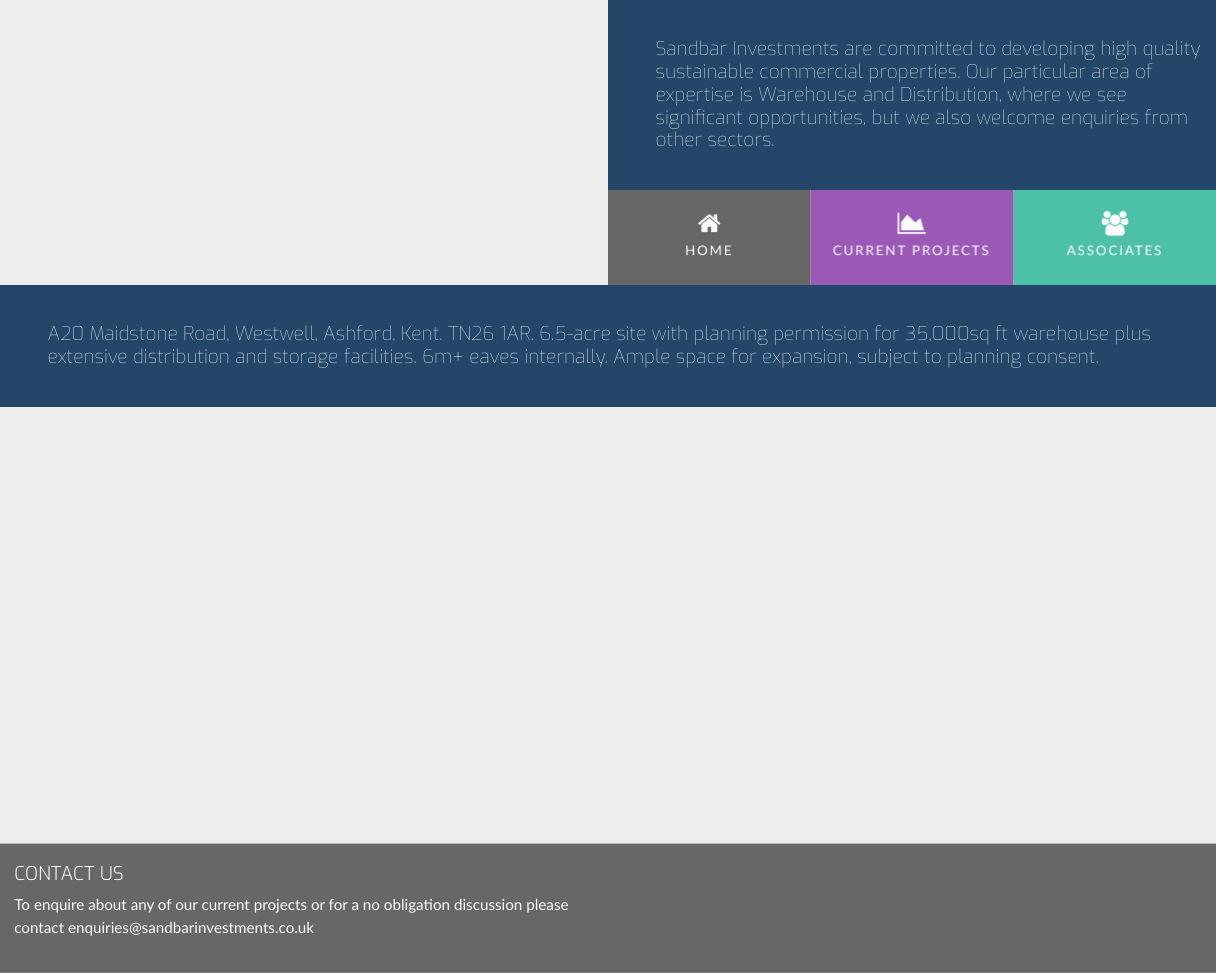
Repository: sykez12/Sandbar
Page: currentprojects.html
The author's editor kept a record of every edit. The page is drawn from the files as they stood at one moment, then again after the next edit.
The browser window is 1280 px wide. The pictures show the whole page, at 95% of full size.

Above is the page before.

### currentprojects.html
<!DOCTYPE html>
<html lang="en">
<head>
    <meta charset="UTF-8">
    <meta name="viewport" content="width=device-width, initial-scale=1.0">
    <meta http-equiv="X-UA-Compatible" content="ie=edge">
    <link rel="stylesheet" href="https://stackpath.bootstrapcdn.com/bootstrap/4.5.2/css/bootstrap.min.css" type="text/css" />
    <link rel="stylesheet" href="https://stackpath.bootstrapcdn.com/font-awesome/4.7.0/css/font-awesome.min.css" type="text/css" />
    <link rel="stylesheet" href="path/to/font-awesome/css/font-awesome.min.css">
    <link rel="stylesheet" href="https://cdnjs.cloudflare.com/ajax/libs/hover.css/2.3.1/css/hover-min.css" integrity="sha512-csw0Ma4oXCAgd/d4nTcpoEoz4nYvvnk21a8VA2h2dzhPAvjbUIK6V3si7/g/HehwdunqqW18RwCJKpD7rL67Xg==" crossorigin="anonymous" />
    <link rel="stylesheet" href="assets/css/style.css" type="text/css" />
    <title>Sandbar Investments</title>
</head>
<body>
    <header>
        <div class="row no-gutters">
            <a href="index.html" class="col-md-6 logo">

            </a>
            <div class="col-md-6">
                <div class="row no-gutters bg-colour-name">
                    <div class="col heading">
                        <h1 class="name">Sandbar Investments are committed to developing high quality sustainable commercial properties. Our particular area of expertise is Warehouse and Distribution, where we see significant opportunities, but we also welcome enquiries from other sectors.

                        </h1>
                    </div>
                </div>
                <div class="row no-gutters">
                    <div class="col">
                        <ul id="nav" class="list-inline menucontainer">
                            <li class="col-6 col-sm-4 ui-menu-color-home list-inline-item menuitem">
                                <a href="index.html" class="hvr-sweep-to-bottom"><i class="fa fa-home" aria-hidden="true"></i><span>Home</span></a>
                            </li>
                            <li class="col-6 col-sm-4 ui-menu-color-current-projects list-inline-item menuitem">
                                <a href="currentprojects.html" class="hvr-sweep-to-bottom"><i class="fa fa-area-chart" aria-hidden="true"></i><span>Current Projects</span></a>
                            </li>
                            <li class="col-6 col-sm-4 ui-menu-color-associates list-inline-item menuitem">
                                <a href="associates.html" class="hvr-sweep-to-bottom"><i class="fa fa-users" aria-hidden="true"></i><span>Associates</span></a>
                            </li>
                        </ul>
                    </div>
                </div>

            </div>
        </div>
    </header>
    <section>
        <div class="row no-gutters">
            <div class="col-md-12">
                <div class="row no-gutters bg-colour-name">
                    <div class="col heading">
                        <h1 class="name">A20 Maidstone Road, Westwell, Ashford, Kent. TN26 1AR.

                                        6.5-acre site with planning permission for 35,000sq ft warehouse plus extensive distribution and storage facilities. 6m+ eaves internally.

                                        Ample space for expansion, subject to planning consent.


                        </h1>
                    </div>
                </div>

            </div>
        </div>
        <div class="row no-gutters">
            <div class="col-md-6 sandbar-site-one">

            </div>
            <div class="col-md-6 sandbar-site-two">

            </div>

        </div>

    </section>
    <footer class="container-fluid">
        <div class="row">
            <div class="col-sm-6">
                <h5 class="uppercase general-sub">Contact Us</h5>
                <p class="inline-block">To enquire about any of our current projects or for a no obligation discussion please contact

                enquiries@sandbarinvestments.co.uk
                </p>
            </div>
        </div>

    </footer>
</body>
</html>

### assets/css/style.css
@import url('https://fonts.googleapis.com/css2?family=Roboto:ital,wght@0,100;0,300;0,400;0,500;0,700;0,900;1,100;1,300;1,400;1,500;1,700;1,900&display=swap');
@import url('https://fonts.googleapis.com/css2?family=Exo:ital,wght@0,100;0,200;0,300;0,400;0,500;0,600;0,700;0,800;0,900;1,100;1,200;1,300;1,400;1,500;1,600;1,700;1,800;1,900&display=swap');

/*----------------------------------------Colours */

.bg-colour-name {
    background-color: #244769;
}

.bg-color-our-approach {
    background-color: #244769;
}

.ui-menu-color-home {
    background-color: #676767;
}

.ui-menu-color-current-projects {
    background-color: #9b59b6;
}

.ui-menu-color-associates {
    background-color: #4CC1A8;
}

/*----------------------------------------Special paddings/margins/text */

h1,
h2,
h3,
h4 {
    margin: 0;
}

.uppercase {
    text-transform: uppercase;
}

.general-sub {
    font-family: "Exo", sans-serif;
    font-weight: 300;
    color: #fafafa;
}

.inline-block {
    display: inline-block;
}


.section-column {
    display: table-cell;
    padding: 0 30px 30px;
    float: none;
}

.section-heading {
    font-family: "Exo", sans-serif;
    font-weight: 400;
    margin-top: 50px;
    margin-bottom: 50px;
    display: block;
    width: 100%;
    padding-top: 5px;
    text-align: center;
    text-transform: uppercase;
    font-size: 20px;
    letter-spacing: 2px;
    color: #FFF;
}

.values {
    font-family: "Exo", sans-serif;
    font-weight: 400;
    margin-top: 50px;
    margin-bottom: 50px;
    display: block;
    width: 100%;
    padding-top: 16px;
    padding-bottom: 16px;
    text-align: center;
    text-transform: uppercase;
    font-size: 30px;
    letter-spacing: 2px;
    color: #000000;
}

.three-values {
    font-family: "Exo", sans-serif;
    font-weight: 400;
    margin-top: 50px;
    margin-bottom: 50px;
    display: block;
    width: 100%;
    padding-top: 10px;
    padding-bottom: 10px;
    text-align: center;
    text-transform: uppercase;
    font-size: 20px;
    letter-spacing: 2px;
    color: #FFF;
}

.assoc {
    font-family: "Exo", sans-serif;
    font-weight: 400;
    margin-top: 20px;
    margin-bottom: 20px;
    display: block;
    width: 100%;
    padding-top: 2px;
    text-align: center;
    text-transform: uppercase;
    font-size: 20px;
    letter-spacing: 2px;
    color: #000000;
}
/*----------------------------------------Heading */

header {
    margin: 0;
}

.heading {
    margin-left: 50px;
}

.logo {
    background-size: cover;
    background-position: center;
    background-repeat: no-repeat;
    min-height: 60px;
    transition: all .5s ease-in-out;
    -moz-transition: all .5s ease-in-out;
    -webkit-transition: all .5s ease-in-out;
}

.sandbar-site-one {
    background-position: center;
    background-repeat: no-repeat;
    background-size: cover;
    min-height: 460px;
    transition: all .5s ease-in-out;
    -moz-transition: all .5s ease-in-out;
    -webkit-transition: all .5s ease-in-out;
}

.sandbar-site-two {
    background-position: center;
    background-repeat: no-repeat;
    background-size: cover;
    min-height: 460px;
    transition: all .5s ease-in-out;
    -moz-transition: all .5s ease-in-out;
    -webkit-transition: all .5s ease-in-out;
}

.name {
    font-family: "Exo", sans-serif;
    font-weight: 100;
    font-size: 20px;
    margin-top: 40px;
    margin-bottom: 40px;
    color: #FFF;
}

.list-inline-item:not(:last-child) {
    margin: 0;
}

.menucontainer {
    font-size: 0;
}

#nav {
    margin: 0;
}

#nav li {
    font-size: 14px;
    padding: 0;
}

.menuitem {
    height: 100px;
    text-align: center;
    padding: 0;
}

.menuitem a {
    width: 100%;
    text-decoration: none;
    color: #fff;
    height: 120px;
}

.menuitem a i {
    padding-top: 22px;
    display: block;
    color: #fafafa;
    font-size: 26px;
}

.menuitem span {
    display: block;
    width: 100%;
    padding-top: 5px;
    text-align: center;
    text-transform: uppercase;
    font-size: 14px;
    font-weight: 300;
    letter-spacing: 2px;
}

/*----------------------------------------Hover.css */

.hvr-sweep-to-bottom:before {
    background: rgba(0, 0, 0, 0.2);
    height: 120px;
}

/*----------------------------------------Footer */

footer {
    background-color: #676767;
    color: #fafafa;
    min-height: 120px;
    margin: 0;
    padding:20px;

}

body, html {
    margin: 0px;
    padding: 0px;
    background-color: #ededed;
    font-family: 'Trebuchet MS';
}

After the next edit:
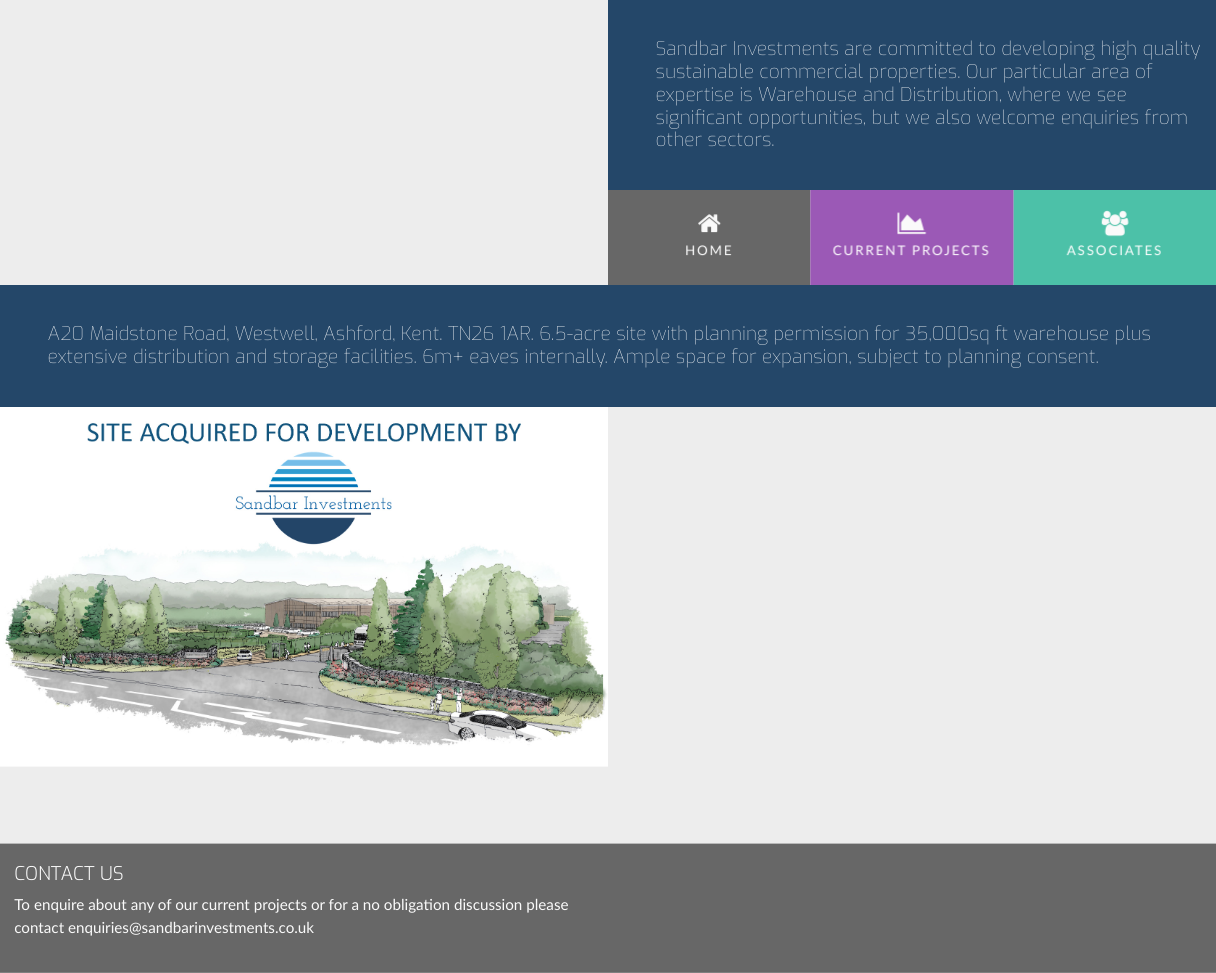
The edit:
--- a/currentprojects.html
+++ b/currentprojects.html
@@ -64,7 +64,7 @@
         </div>
         <div class="row no-gutters">
             <div class="col-md-6 sandbar-site-one">
-
+                <img class="img-fluid" src="assets/images/Sandbar site 1.jpg">
             </div>
             <div class="col-md-6 sandbar-site-two">
 
